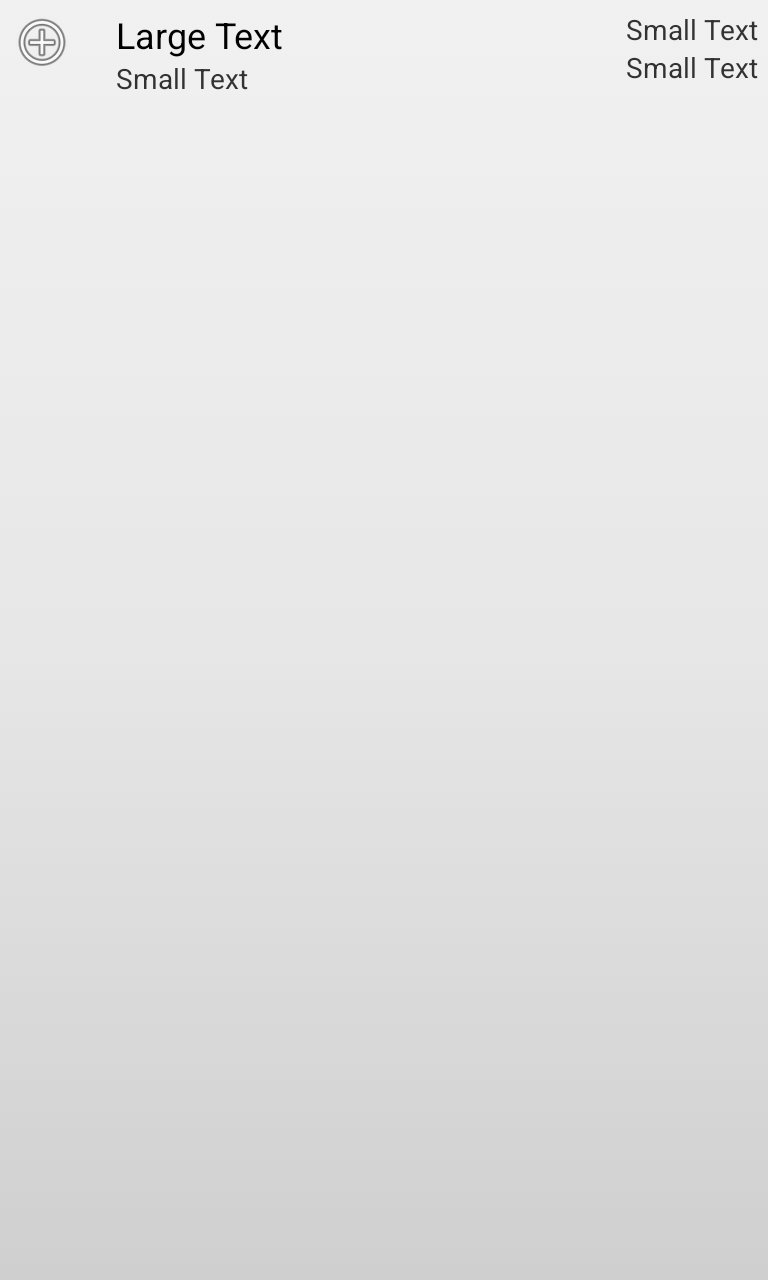
Repository: satyadarls/ToDo
Layout: ToDo/res/layout/list_row.xml
These files come from the project's save history. The layout is drawn as it stood at one moment and after the next save; the edit follows.
It is drawn on a 768 x 1280 px phone screen (xhdpi) without system bars, with theme AppTheme; the app's code is not run.

Above is the layout before, as saved 2014-07-07 17:32:15.

After the next save:
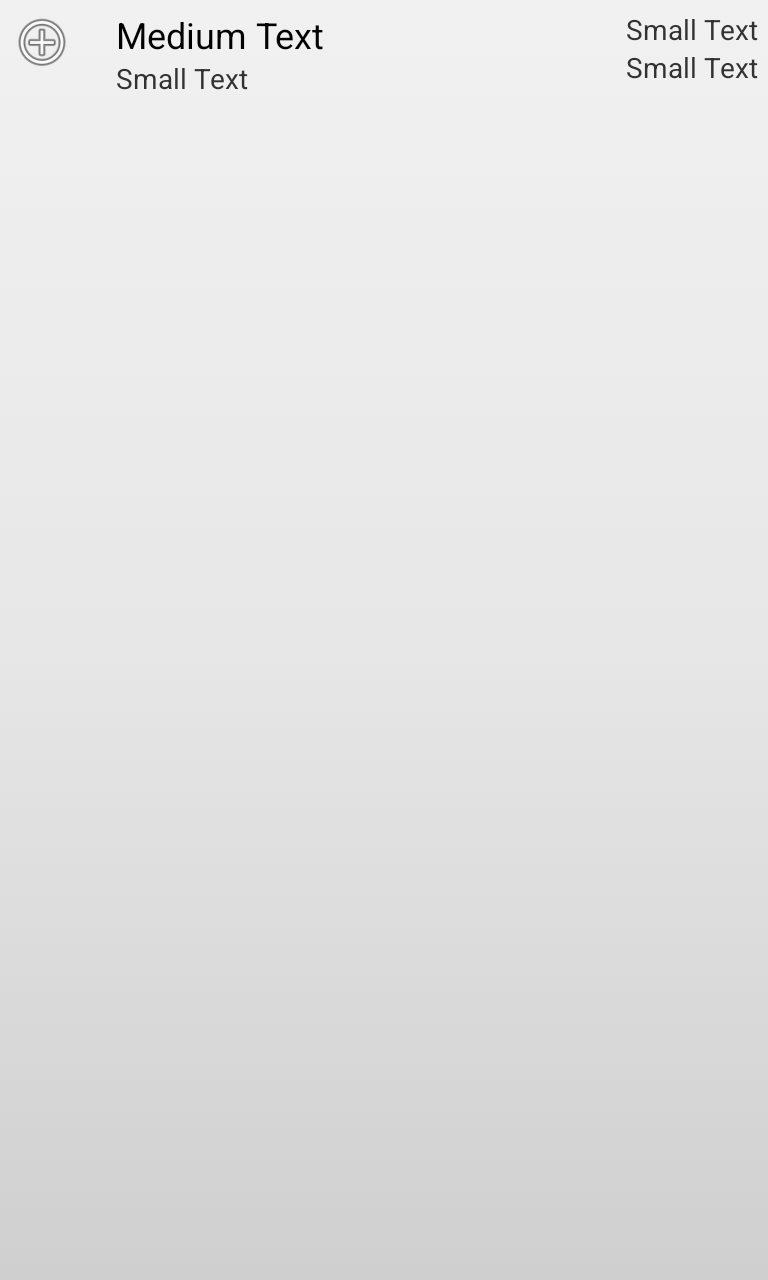
Saved 26 s later.
--- a/ToDo/res/layout/list_row.xml
+++ b/ToDo/res/layout/list_row.xml
@@ -38,7 +38,7 @@
         android:layout_alignTop="@+id/imageView1"
         android:layout_marginLeft="21dp"
         android:layout_toRightOf="@+id/imageView1"
-        android:text="Large Text"
+        android:text="Medium Text"
         android:textAppearance="?android:attr/textAppearanceMedium" />
 
     <TextView
